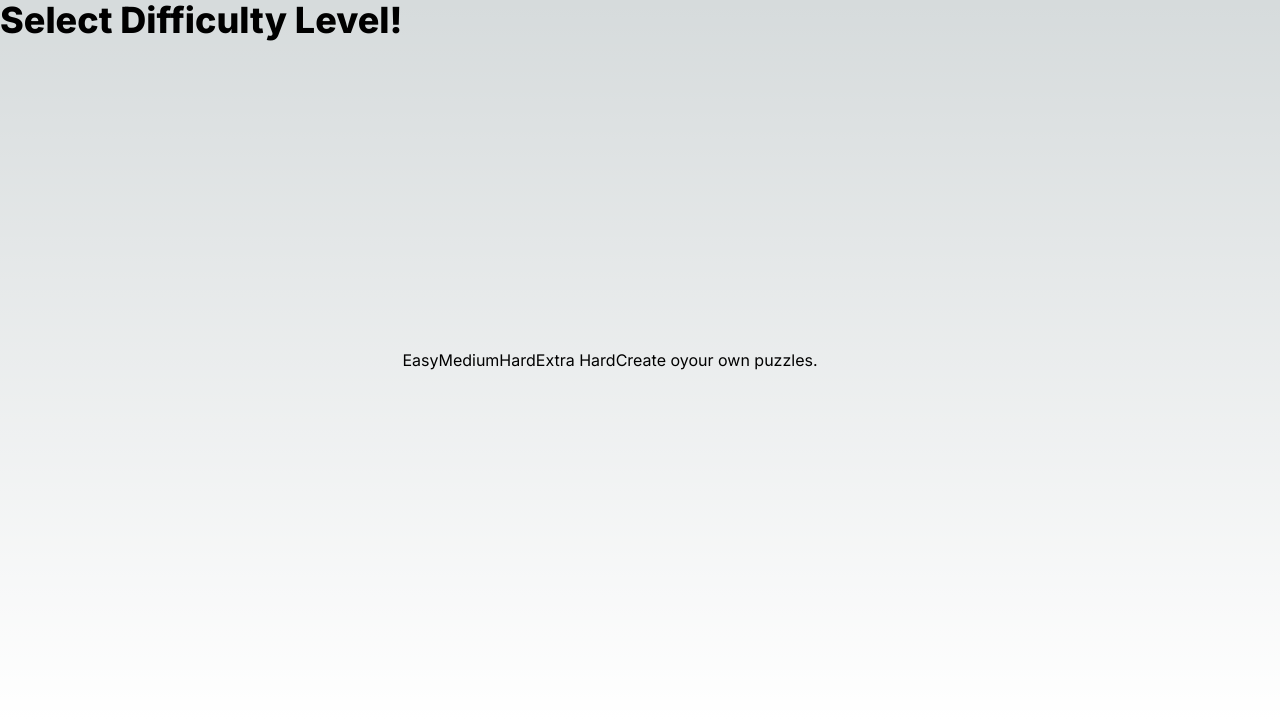
Repository: badhon252/sudoku
Page: /level
The author's editor kept a copy of each file at every save. The page is drawn from the files as they stood at one save, then again after the next save.
The browser window is 1280 px wide. The pictures show the whole page.
The project was rebuilt for these pictures with package versions that can differ from the ones it lists, and the page was loaded fresh each time. The framework's server and built-in components were replaced by stand-ins that run in the browser. Also part of the build but not shown: next.config.js.

Above is the page before, as saved 2023-06-04 21:47:59.

### app/level/page.tsx
import React from 'react'

export default function Level() {
  return (
    <div className='min-h-screen flex'>
        <h1 className='text-4xl font-extrabold'>Select Difficulty Level! </h1>
        <button>Easy</button>
        <button>Medium</button>
        <button>Hard</button>
        <button>Extra Hard</button>

        <button>Create oyour own puzzles.</button>
    </div>
  )
}

Loaded but not shown: app/layout.tsx (common file); app/globals.css (common file); tailwind.config.js (common file)

After the next save:
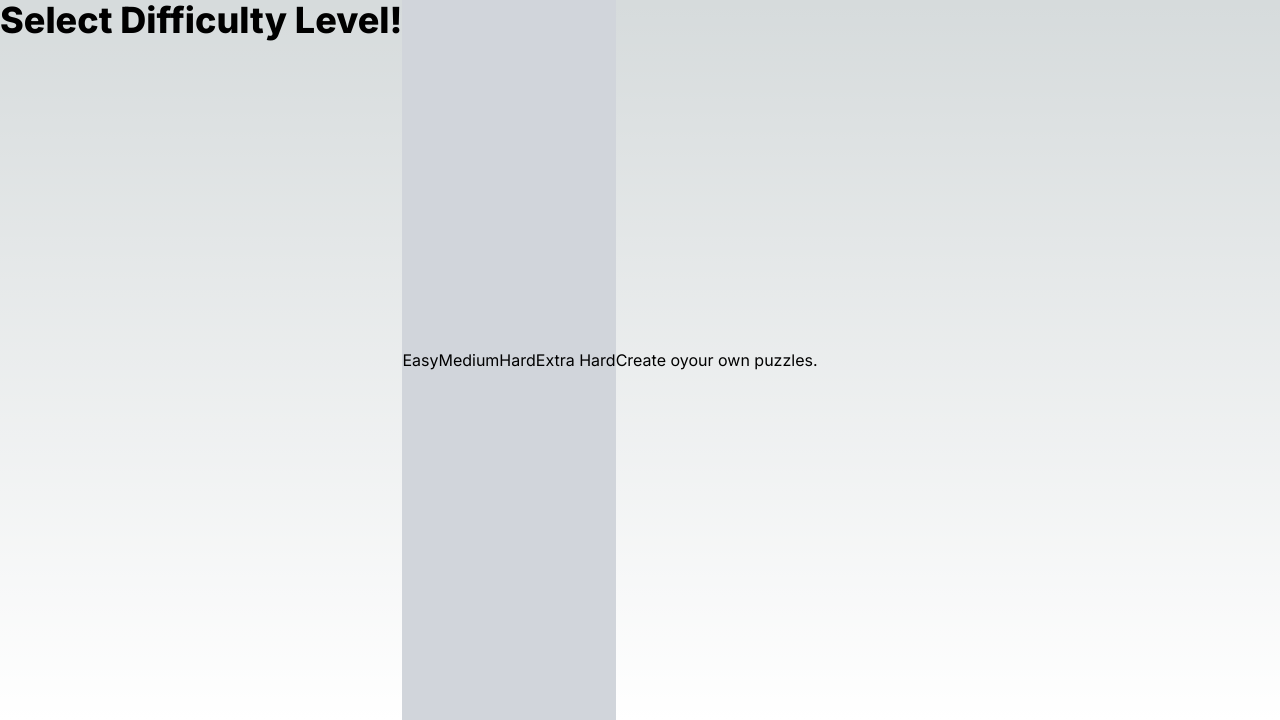
Saved 24 s later.
--- a/app/level/page.tsx
+++ b/app/level/page.tsx
@@ -4,10 +4,10 @@ export default function Level() {
   return (
     <div className='min-h-screen flex'>
         <h1 className='text-4xl font-extrabold'>Select Difficulty Level! </h1>
-        <button>Easy</button>
-        <button>Medium</button>
-        <button>Hard</button>
-        <button>Extra Hard</button>
+        <button className='bg-gray-300'>Easy</button>
+        <button className='bg-gray-300'>Medium</button>
+        <button className='bg-gray-300'>Hard</button>
+        <button className='bg-gray-300'>Extra Hard</button>
 
         <button>Create oyour own puzzles.</button>
     </div>
